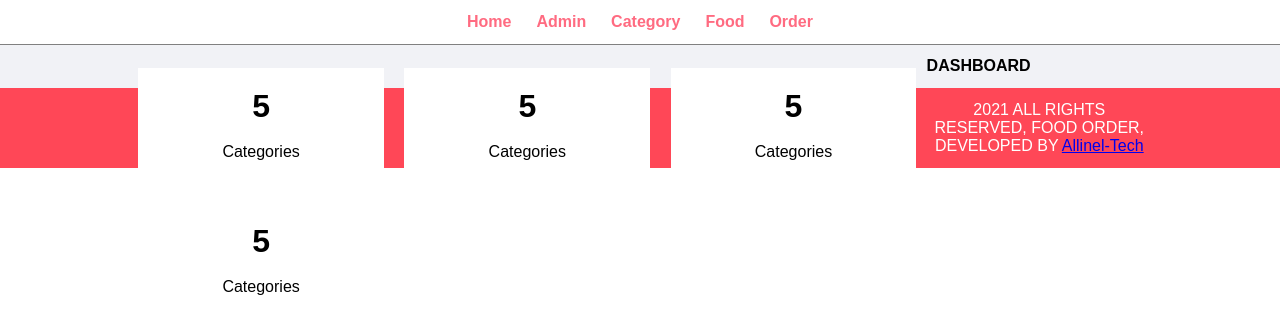
Repository: yazshrilld/food_order
Page: http://localhost/admin/index.php
The author's editor kept a copy of each file at every save. The page is drawn from the files as they stood at one save, then again after the next save.
The browser window is 1280 px wide. The pictures show the whole page.
The page is run by PHP 8.4 with error messages shown; the project is at /var/www/html/.

Above is the page before, as saved 2021-01-24 16:43:08.

After the next save:
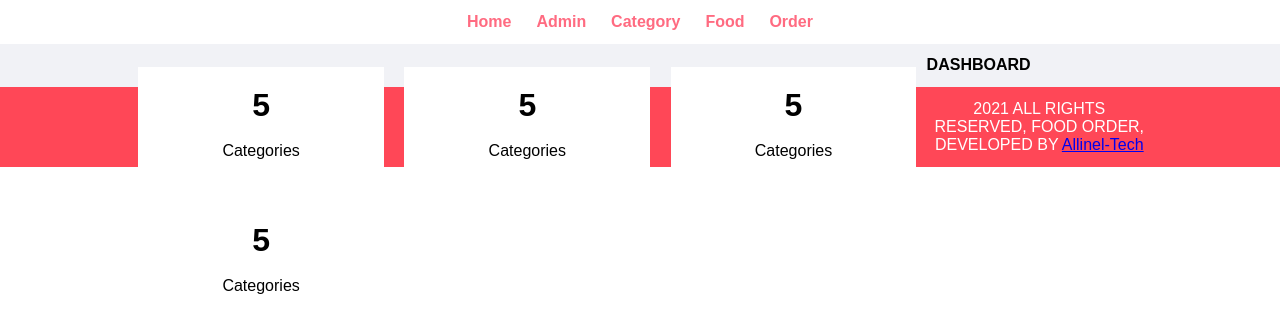
Saved 4 s later.
--- a/css/admin.css
+++ b/css/admin.css
@@ -19,7 +19,7 @@
 .text-center {
     text-align: center;
 }
-
+.clear
 /* CSS for Menu */
 .menu {
     border-bottom: 1px solid grey;
